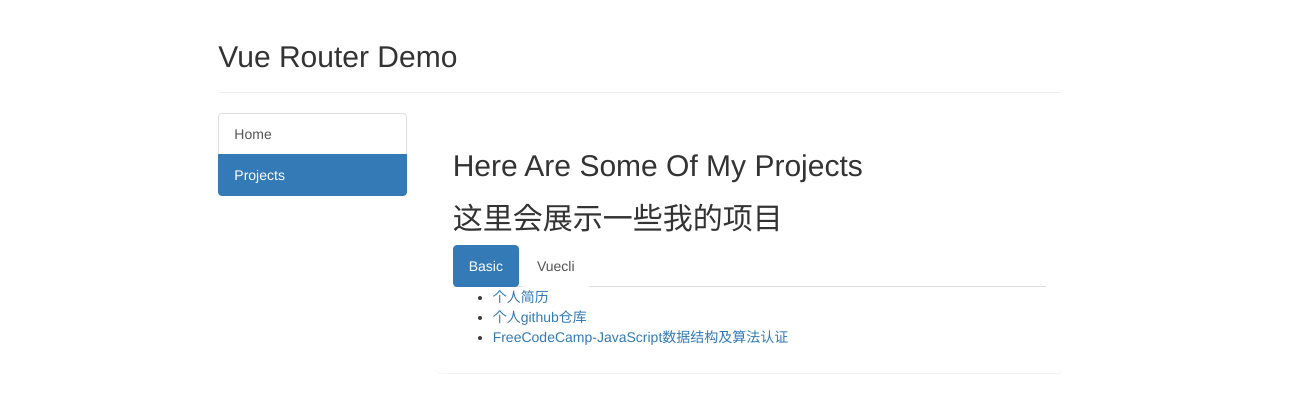
Repository: WAY-C/JSCodes
Page: /#/projects/basic (app in Vue/25路由案例/count/)
The author's editor kept a copy of each file at every save. The page is drawn from the files as they stood at one save, then again after the next save.
The browser window is 1280 px wide. The page is 1295 px wide, so the pictures cover 1295 px, including what lies to the right of the window. The pictures show the whole page.
The project was rebuilt for these pictures with package versions that can differ from the ones it lists, and the page was loaded fresh each time. Also part of the build but not shown: Vue/25路由案例/count/src/pages/Home.vue, Vue/25路由案例/count/src/pages/Vuecli.vue, Vue/25路由案例/count/src/pages/Detail.vue.

Above is the page before, as saved 2021-10-06 20:54:36.

After the next save:
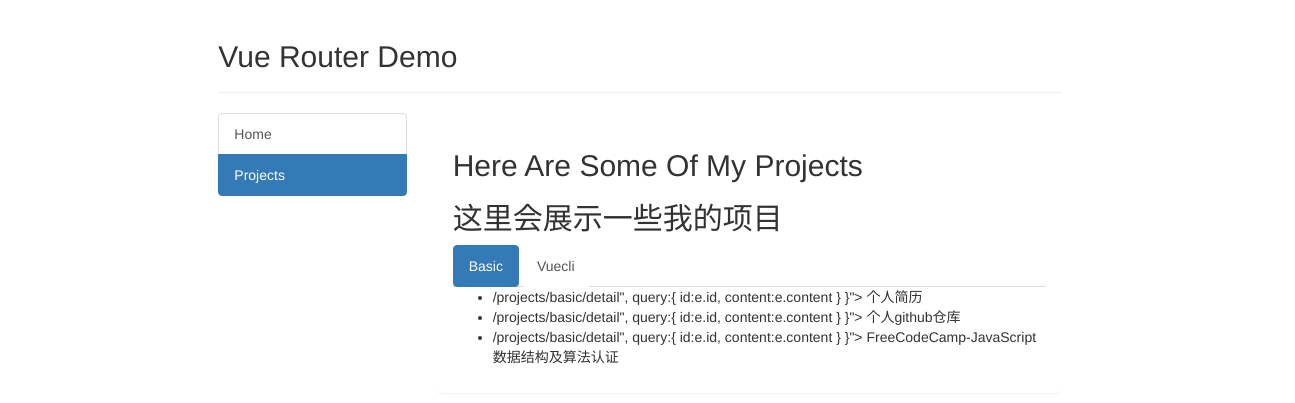
Saved 5 min 26 s later.
--- a/Vue/25路由案例/count/src/pages/Basic.vue
+++ b/Vue/25路由案例/count/src/pages/Basic.vue
@@ -2,8 +2,15 @@
   <div>
     <ul>
       <li v-for="e in basicList" :key="e.id">
-        <a :href="`${e.url}`">{{ e.content }}</a
-        >&nbsp;&nbsp;
+        <router-link :to="{
+            path:"/projects/basic/detail",
+            query:{
+                id:e.id,
+                content:e.content
+            }
+        }">
+            {{e.content}}
+            </router-link>
       </li>
     </ul>
   </div>

After the save that followed:
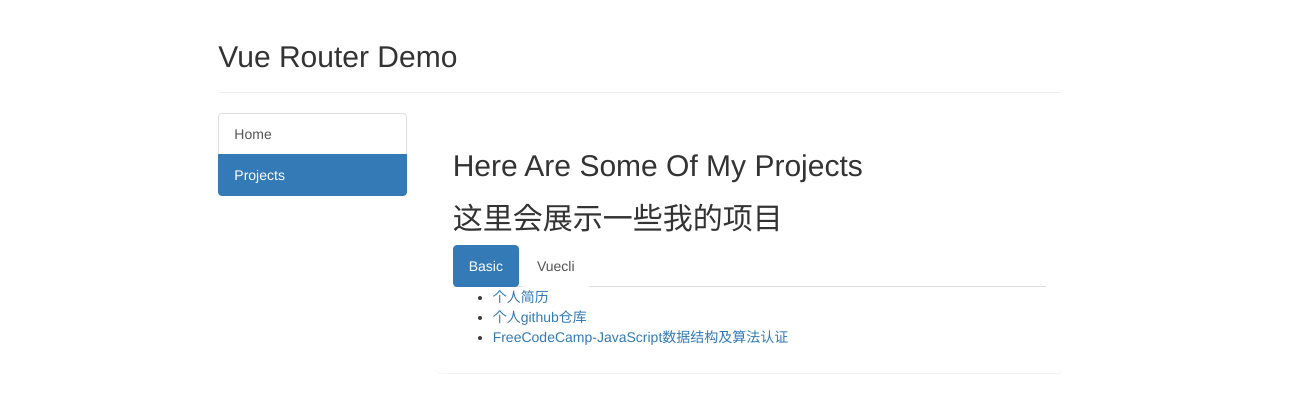
Saved 62 s later.
--- a/Vue/25路由案例/count/src/pages/Basic.vue
+++ b/Vue/25路由案例/count/src/pages/Basic.vue
@@ -2,15 +2,17 @@
   <div>
     <ul>
       <li v-for="e in basicList" :key="e.id">
-        <router-link :to="{
-            path:"/projects/basic/detail",
-            query:{
-                id:e.id,
-                content:e.content
-            }
-        }">
-            {{e.content}}
-            </router-link>
+        <router-link
+          :to="{
+            path: '/projects/basic/detail',
+            query: {
+              id: e.id,
+              content: e.content,
+            },
+          }"
+        >
+          {{ e.content }}
+        </router-link>
       </li>
     </ul>
   </div>
